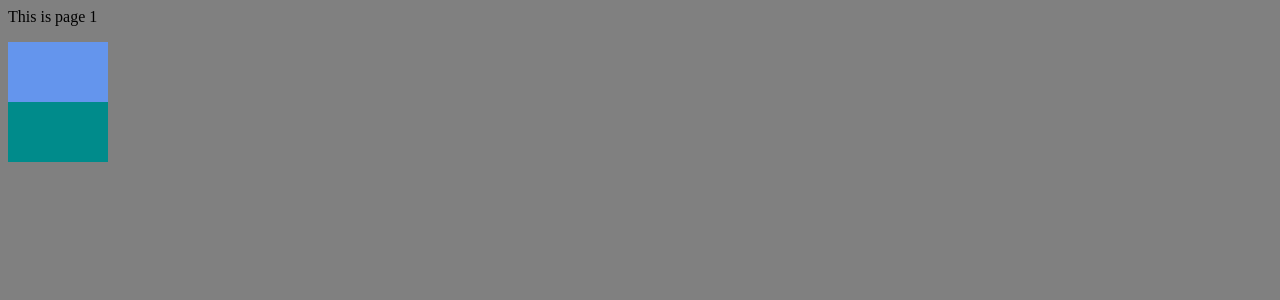
Repository: hanj291/hanj291.github.io
Page: page1.html
The author's editor kept a record of every edit. The page is drawn from the files as they stood at one moment, then again after the next edit.
The browser window is 1280 px wide. The pictures show the whole page.

Above is the page before.

After the next edit:
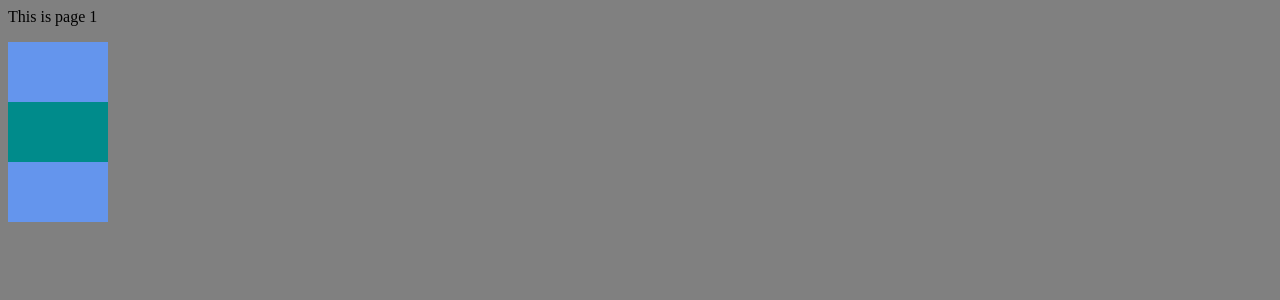
The edit:
--- a/page1css.css
+++ b/page1css.css
@@ -17,5 +17,14 @@
     position: relative;
 }
 .two:hover {
-    color: #6495ED;
+    background-color: #6495ED;
 }
+.three {
+    width: 100px;
+    height: 60px;
+    background-color: #6495ED;
+    position: relative;
+}
+.one:hover {
+    background-color: #008B8B;
+}
